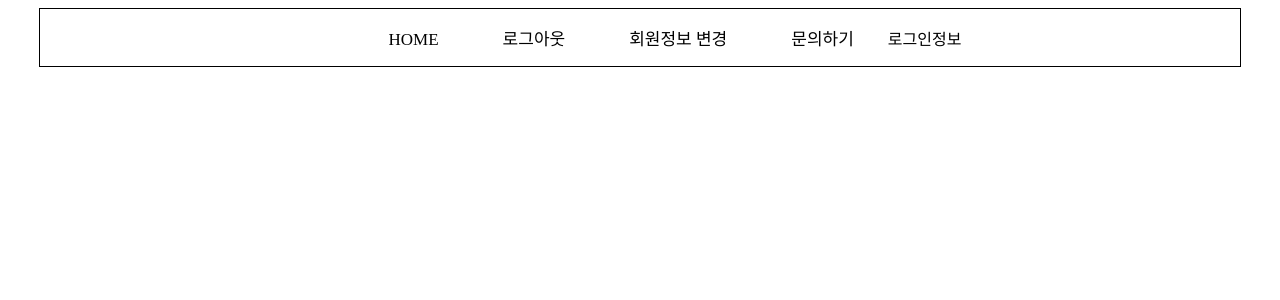
Repository: ceooyh/JSP
Page: http://localhost/memberProject/template/header2.jsp
An editor plug-in stored every save of this project. The page is shown before and after a run of saves, followed by the edit.
The browser window is 1280 px wide. The pictures show the whole page.
The page is served by Tomcat 9.

Above is the page before, as saved 2020-12-30 07:49:33.

After the next 2 saves:
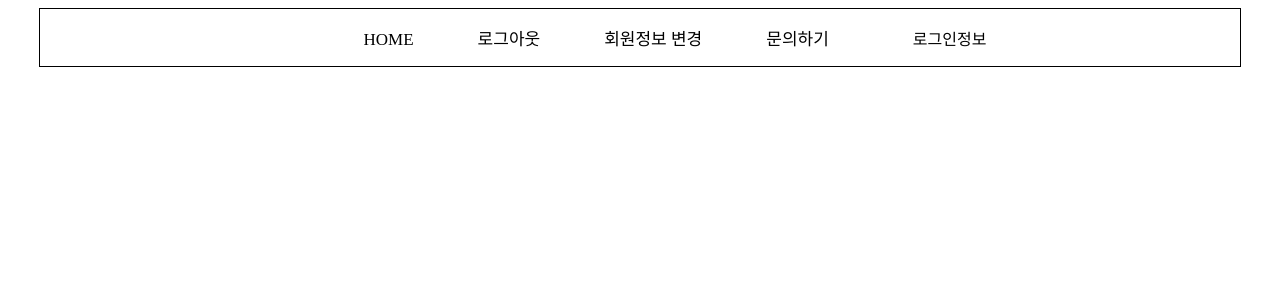
The 2 saves are shown as one change because they came seconds apart.
The last was saved 36 s later.
--- a/memberProject/WebContent/template/header2.jsp
+++ b/memberProject/WebContent/template/header2.jsp
@@ -22,6 +22,9 @@
 		text-align: center;
 		padding: 20px 30px;
 	}
+	ul>li:last-child {
+		padding-left: 50px;
+	}
 </style>
 <nav id="menu_bar">
 	<ul>
